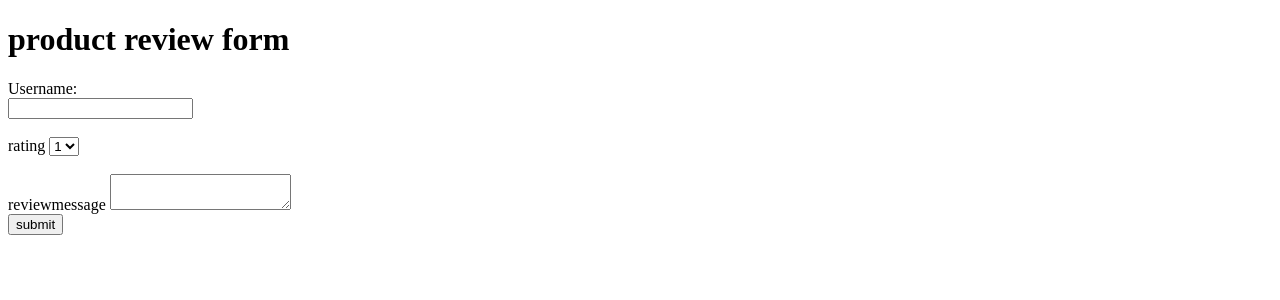
Repository: avishahir4812-crypto/Web-Development-Assignment
Page: session 3/form.html
These files come from the project's save history. The page is drawn as it stood at one moment and after the next save; the edit follows.
The browser window is 1280 px wide. The pictures show the whole page.

Above is the page before, as saved 2026-06-28 10:03:02.

### session 3/form.html
<!DOCTYPE html>
<html lang="en">
<head>
    <meta charset="UTF-8">
    <meta name="viewport" content="width=device-width, initial-scale=1.0">
    <title>flipcart-style rating</title>
</head>
<body>
    <h1>product review form</h1>
    <form action="" method="post">
       <label for="username">Username:</label><br>
    <input type="text" id="username" name="username" required><br><br>

        <label for="rating">rating</label>
        <select id="rating" name="rating"required>
            <option value="1">1</option>
            <option value="2">2</option>
            <option value="3">3</option>
            <option value="4">4</option>
            <option value="5">5</option>
        </select><br><br>

        <label for="review">reviewmessage</label>
        <textarea id="review" name="review" required></textarea><br>
        <button type="submit">submit</button>
    </form>
</body>
</html>

After the next save:
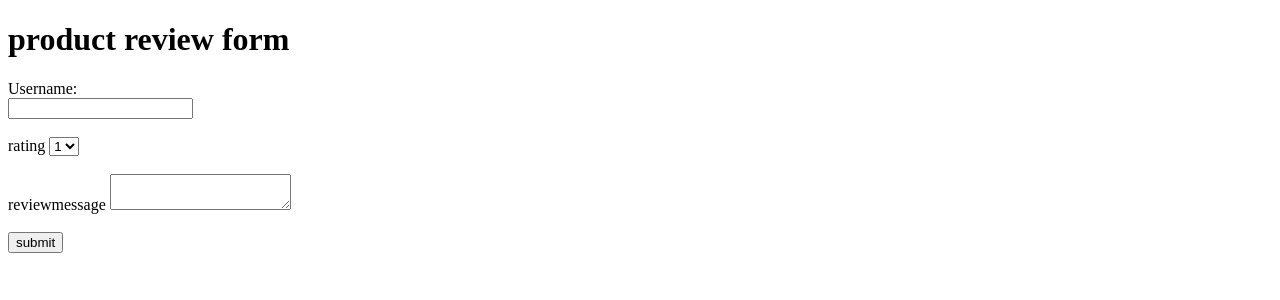
Saved 30 s later.
--- a/session 3/form.html
+++ b/session 3/form.html
@@ -21,7 +21,7 @@
         </select><br><br>
 
         <label for="review">reviewmessage</label>
-        <textarea id="review" name="review" required></textarea><br>
+        <textarea id="review" name="review" required></textarea><br><br>
         <button type="submit">submit</button>
     </form>
 </body>
